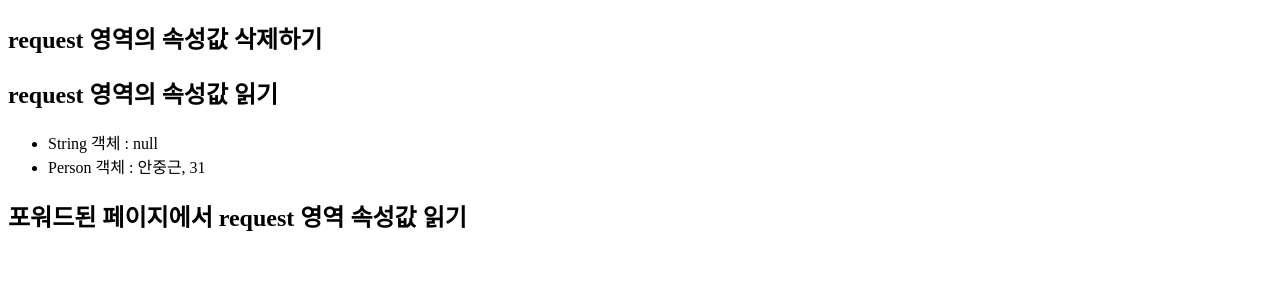
Repository: Byeonghee-son/DB-Servlet
Page: http://localhost/MustHaveJSP/03Scope/RequestMain.jsp
An editor plug-in stored every save of this project. The page is shown before and after the next save, followed by the edit.
The browser window is 1280 px wide. The pictures show the whole page.
The page is served by Tomcat 9. Nobody is signed in. The application's start-up code is not run.

Above is the page before, as saved 2023-05-16 05:46:21.

After the next save:
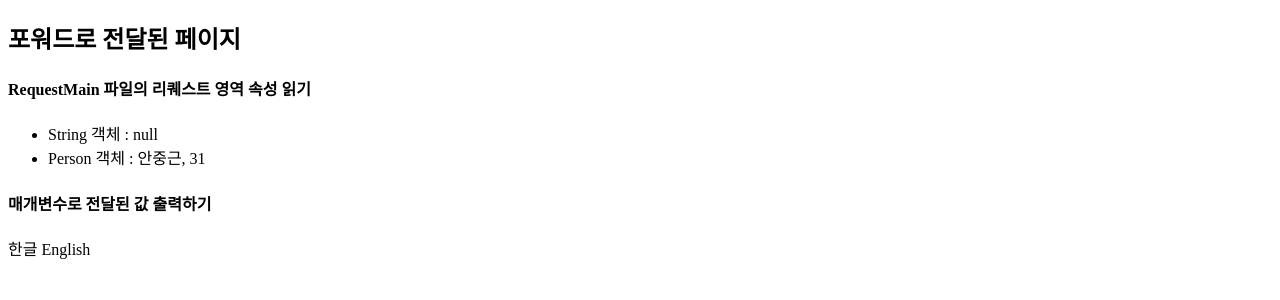
Saved 2 min 29 s later.
--- a/MustHaveJSP/src/main/webapp/03Scope/RequestMain.jsp
+++ b/MustHaveJSP/src/main/webapp/03Scope/RequestMain.jsp
@@ -26,10 +26,10 @@
 		<li>Person 객체 : <%= rPerson.getName() %>, <%= rPerson.getAge() %></li>
 	</ul>
 	<h2>포워드된 페이지에서 request 영역 속성값 읽기</h2>
-	<%--
+	<%
 		request.getRequestDispatcher(
 			"RequestForward.jsp?paramHan=한글&paramEng=English")
 			.forward(request, response);
-	 --%>
+	 %>
 </body>
 </html>

After the save that followed:
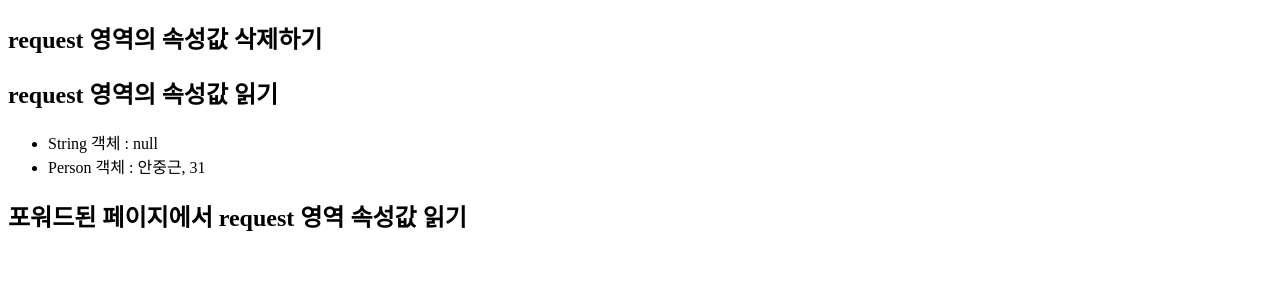
Saved 8 min 28 s later.
--- a/MustHaveJSP/src/main/webapp/03Scope/RequestMain.jsp
+++ b/MustHaveJSP/src/main/webapp/03Scope/RequestMain.jsp
@@ -2,6 +2,7 @@
 <%@ page language="java" contentType="text/html; charset=UTF-8"
     pageEncoding="UTF-8"%>
 <%
+String forward = null;
 request.setAttribute("requestString", "request 영역의 문자열");
 request.setAttribute("requestPerson", new Person("안중근", 31));
 %>
@@ -26,10 +27,12 @@
 		<li>Person 객체 : <%= rPerson.getName() %>, <%= rPerson.getAge() %></li>
 	</ul>
 	<h2>포워드된 페이지에서 request 영역 속성값 읽기</h2>
-	<%
+	<%	if(forward != null){
+
 		request.getRequestDispatcher(
 			"RequestForward.jsp?paramHan=한글&paramEng=English")
 			.forward(request, response);
-	 %>
+	}
+	%>
 </body>
 </html>
